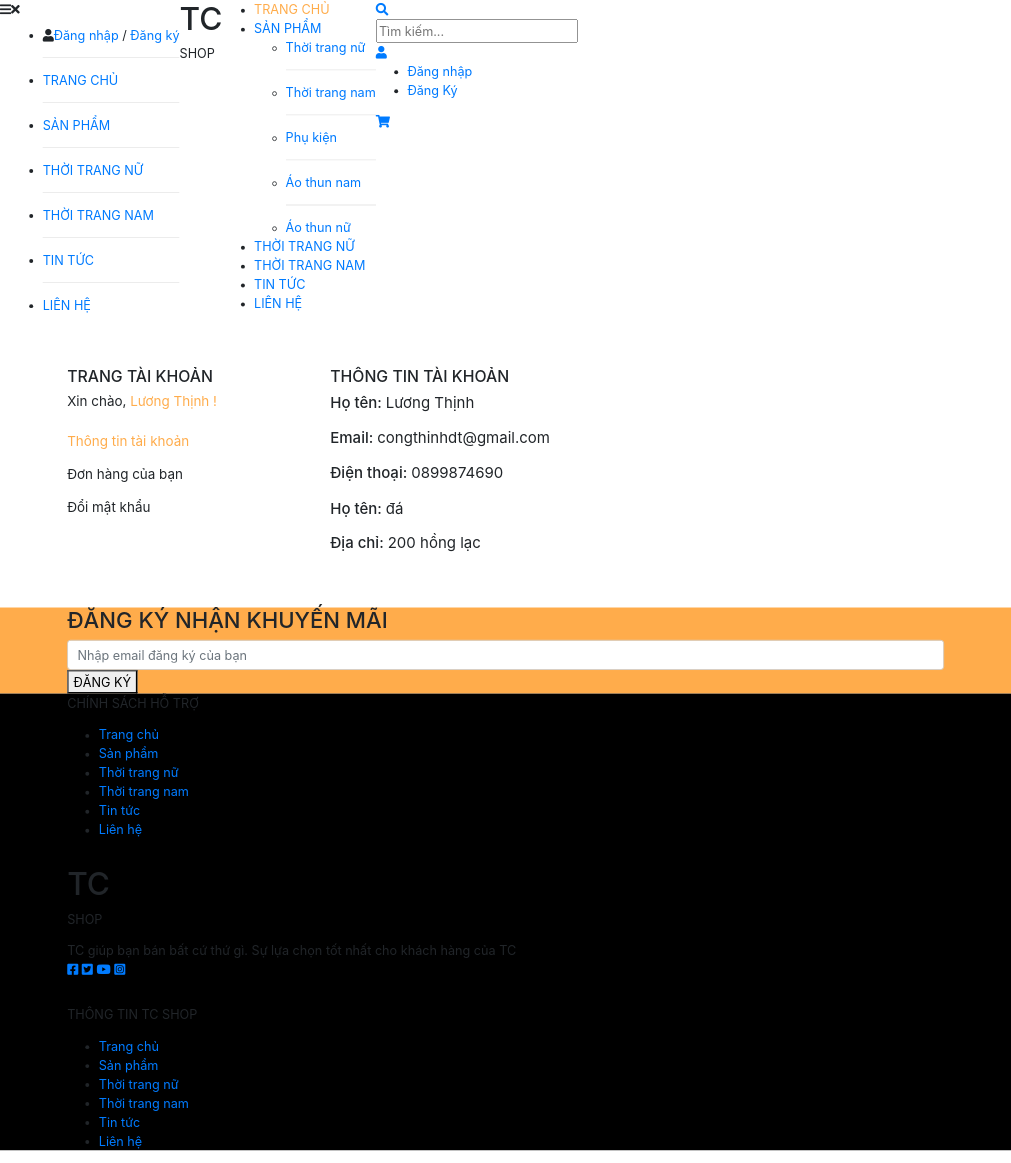
Repository: congthinh1701/TCshop
Page: ThongTinTaiKhoan.html
These files come from the project's save history. The page is drawn as it stood at one moment and after the next save; the edit follows.
The browser window is 1280 px wide. The pictures show the whole page, at 79% of full size.
The style sheet was rebuilt from its Sass, Less or Tailwind sources for each picture, by a compiler version that may differ from the author's.

Above is the page before, as saved 2021-09-08 17:49:33.

### ThongTinTaiKhoan.html
<!DOCTYPE html>
<html lang="en">
<head>
    <meta charset="UTF-8">
    <meta http-equiv="X-UA-Compatible" content="IE=edge">
    <meta name="viewport" content="width=device-width, initial-scale=1.0">
    <title>Document</title>
    <link rel="stylesheet" href="fontawesome-free-5.15.4-web/css/all.css">
    <link rel="stylesheet" href="sass/style.css">
</head>
<body>
    <div id="headerID"> <!-- your header --> </div>
    <div class="container admin">
        <div class="trang-tai-khoan">
            <h5>TRANG TÀI KHOẢN</h5>
            <div class="trang-tai-khoan-hello left ">
                <p>Xin chào, <span>Lương Thịnh !</span></p>
            </div>
            <div class="trang-tai-khoan-thong-tin left active">
                <p>Thông tin tài khoản</p>
            </div>
            <div class="trang-tai-khoan-hello left">
                <p>Đơn hàng của bạn</p>
            </div>
            <div class="trang-tai-khoan-hello left">
                <p>Đổi mật khẩu</p>
            </div>
        </div>
        <div class="thong-tin-tai-khoan">
            <h5>THÔNG TIN TÀI KHOẢN</h5>
            <div class="thong-tin-tai-khoan-name right active">
                <p><span>Họ tên: </span>Lương Thịnh</p>
                <p><span>Email: </span>congthinhdt@gmail.com</p>
                <p><span>Điện thoại: </span>0899874690</p>
                <p><span>Họ tên: </span>đá</p>
                <p><span>Địa chỉ: </span>200 hồng lạc</p>
            </div>
            <div class="thong-tin-tai-khoan-name right">
                <p><span>Họ tên: </span>Lương Thịnh</p>
                <p><span>Email: </span>congthinhdt@gmail.com</p>
                <p><span>Điện thoại: </span>0899874690</p>
                <p><span>Họ tên: </span>Lương Thịnh</p>
                <p><span>Địa chỉ: </span>200 hồng lạc</p>
            </div>
            <div class="thong-tin-tai-khoan-name right">
                <p><span>Họ tên: </span>Lương </p>
                <p><span>Email: </span>congthinhdt@gmail.com</p>
                <p><span>Điện thoại: </span>0899874690</p>
                <p><span>Họ tên: </span>Lương Thịnh</p>
                <p><span>Địa chỉ: </span>200 hồng lạc</p>
            </div>

        </div>
    </div>
    <div id="footerID"> <!-- your header --> </div>
    <script src="https://cdnjs.cloudflare.com/ajax/libs/jquery/3.6.0/jquery.min.js" integrity="sha512-894YE6QWD5I59HgZOGReFYm4dnWc1Qt5NtvYSaNcOP+u1T9qYdvdihz0PPSiiqn/+/3e7Jo4EaG7TubfWGUrMQ==" crossorigin="anonymous" referrerpolicy="no-referrer"></script>
    <script src="assets/js/thongtintaikhoan.js"></script>
    <script>
        $("#headerID").load("header.html");
        $("#footerID").load("footer.html");
    </script>

</body>
</html>

### assets/js/thongtintaikhoan.js
function tabs(){
    const all=document.querySelectorAll.bind(document)
    const panes=all('.right')
    const allTtem=document.querySelectorAll('.left')
allTtem.forEach(function(tab,index){
    const pane=panes[index]
    tab.onclick=function(){
        tab.parentElement.querySelector('.left.active').classList.remove('active')
        pane.parentElement.querySelector('.right.active').classList.remove('active')
        tab.classList.add('active')
        pane.classList.add('active')
    }
})
}
tabs()

### header.html
<!DOCTYPE html>
<html lang="en">
<head>
    <meta charset="UTF-8">
    <meta http-equiv="X-UA-Compatible" content="IE=edge">
    <meta name="viewport" content="width=device-width, initial-scale=1.0">
    <title>Document</title>
    <link rel="stylesheet" href="assets/css/style.css">
    <link rel="stylesheet" href="assets/css/base.css">
    <link rel="stylesheet" href="fontawesome-free-5.15.4-web/css/all.css">
    <link rel="stylesheet" href="https://maxcdn.bootstrapcdn.com/bootstrap/4.1.3/css/bootstrap.min.css">
    <script src="https://maxcdn.bootstrapcdn.com/bootstrap/4.1.3/js/bootstrap.min.js"></script>
</head>
<body>
    <div class="container-lg">
        <div class="nav">
            <label for="nav-mobile-input" class="nav_bars-btn">
                <i class="fas fa-bars"></i>
            </label>

            <input hidden type="checkbox" name="" class="nav_input" id="nav-mobile-input">
            <label for="nav-mobile-input" class="nav_overlay"></label>
            <nav class="nav-mobile">
                <label for="nav-mobile-input" class="nav__mobile-close">
                    <i class="fas fa-times"></i>
                </label>
                <ul class="nav__mobile-list">

                    <li class="nav__mobile-list-user">

                        <p><i class="fas fa-user"></i><a href="#">Đăng nhập</a> <span>/</span> <a href="#">Đăng ký</a>
                        </p>
                    </li>
                    <hr>
                    <li>
                        <a href="" class="nav__mobile-link">TRANG CHỦ</a>
                    </li>
                    <hr>
                    <li>
                        <a href="" class="nav__mobile-link">SẢN PHẨM</a>
                    </li>
                    <hr>
                    <li>
                        <a href="" class="nav__mobile-link">THỜI TRANG NỮ</a>
                    </li>
                    <hr>
                    <li>
                        <a href="" class="nav__mobile-link">THỜI TRANG NAM</a>
                    </li>
                    <hr>
                    <li>
                        <a href="" class="nav__mobile-link">TIN TỨC</a>
                    </li>
                    <hr>
                    <li>
                        <a href="" class="nav__mobile-link">LIÊN HỆ</a>
                    </li>
                </ul>
            </nav>
            <div class="nav-logo">
                <h1>TC</h1>
                <p>SHOP</p>
            </div>
            <nav class="nav-pc">
                <ul class="nav__list">
                    <li>
                        <a style="color:#ffac4b" href="home.html" class="nav__link">TRANG CHỦ</a>
                    </li>
                    <li class="options">
                        <a href="" class="nav__link">SẢN PHẨM</a>
                        <div class="nav__link-options">
                            <ul class="nav__link-options-list">
                                <li><a href="#">Thời trang nữ</a></li>
                                <hr>
                                <li><a href="#">Thời trang nam</a></li>
                                <hr>
                                <li><a href="#">Phụ kiện</a></li>
                                <hr>
                                <li><a href="#">Áo thun nam</a></li>
                                <hr>
                                <li><a href="#">Áo thun nữ</a></li>
                            </ul>
                        </div>
                    </li>
                    <li>
                        <a href="" class="nav__link">THỜI TRANG NỮ</a>
                    </li>
                    <li>
                        <a href="" class="nav__link">THỜI TRANG NAM</a>
                    </li>
                    <li>
                        <a href="" class="nav__link">TIN TỨC</a>
                    </li>
                    <li>
                        <a href="" class="nav__link">LIÊN HỆ</a>
                    </li>
                </ul>
            </nav>
            <div class="nav-right">
                <div class="search">
                    <a href="#"><i class="fas fa-search"></i></a>
                    <div class="search-hover">
                        <form>
                            <input class="search" type="text" name="search" placeholder="Tìm kiếm..." />
                        </form>
                    </div>
                </div>
                <div class="user">
                    <a href="#"> <i class="fas fa-user"></i></a>
                    <div class="user-hover">
                        <ul class="user-hover-list">
                            <li class="nav_link"><a href="#">Đăng nhập</a></li>
                            <li><a href="#">Đăng Ký</a></li>
                        </ul>
                    </div>
                </div>
                <div class="shopping">
                    <a href="card.html"><i class="fas fa-shopping-cart"></i></a>

                </div>
            </div>


        </div>
    </div>
</body>
</html>

### footer.html
<!DOCTYPE html>
<html lang="en">
<head>
    <meta charset="UTF-8">
    <meta http-equiv="X-UA-Compatible" content="IE=edge">
    <meta name="viewport" content="width=device-width, initial-scale=1.0">
    <title>Document</title>
    <link rel="stylesheet" href="assets/css/style.css">
    <link rel="stylesheet" href="assets/css/base.css">
    <link rel="stylesheet" href="fontawesome-free-5.15.4-web/css/all.css">
    <link rel="stylesheet" href="https://maxcdn.bootstrapcdn.com/bootstrap/4.1.3/css/bootstrap.min.css">
    <script src="https://maxcdn.bootstrapcdn.com/bootstrap/4.1.3/js/bootstrap.min.js"></script>
</head>
<body>
    <div class="container-lg" style="background-color: #ffac4b; margin-top: 50px;">
        <div class="container dangky">
            <div class="dangky-left">
                <h3>ĐĂNG KÝ NHẬN KHUYẾN MÃI</h3>
            </div>
            <div class="dangky-right">
                <form>
                    <input class="form-control" type="text" placeholder="Nhập email đăng ký của bạn">
                    <button type="button">ĐĂNG KÝ</button>
                </form>
            </div>
        </div>
    </div>

    <div class="container-lg" style="background-color: black">
        <div class="container footer">
            <div class="chinhsach-hotro">
                <p class="header">CHÍNH SÁCH HỖ TRỢ</p>
                <ul class="nav-list">
                    <li class="nav_link"><a href="#">Trang chủ</a></li>
                    <li class="nav_link"><a href="#">Sản phẩm</a></li>
                    <li class="nav_link"><a href="#">Thời trang nữ</a></li>
                    <li class="nav_link"><a href="#">Thời trang nam</a></li>
                    <li class="nav_link"><a href="#">Tin tức</a></li>
                    <li class="nav_link"><a href="#">Liên hệ</a></li>
                </ul>
            </div>
            <hr>
            <div class="ketnoi-shop">
                <h1>TC</h1>
                <p>SHOP</p>
                <span>TC giúp bạn bán bất cứ thứ gì. Sự lựa chọn tốt nhất cho khách hàng của TC</span>
                <div class="mangxahoi">
                    <a href="#"><i class="fab fa-facebook-square"></i></a>
                    <a href="#"><i class="fab fa-twitter-square"></i></a>
                    <a href="#"><i class="fab fa-youtube"></i></a>
                    <a href="#"><i class="fab fa-instagram-square"></i></a>
                </div>
            </div>
            <hr>
            <div class="thongtin-shop">
                <p class="header">THÔNG TIN TC SHOP</p>
                <ul class="nav-list">
                    <li class="nav_link"><a href="#">Trang chủ</a></li>
                    <li class="nav_link"><a href="#">Sản phẩm</a></li>
                    <li class="nav_link"><a href="#">Thời trang nữ</a></li>
                    <li class="nav_link"><a href="#">Thời trang nam</a></li>
                    <li class="nav_link"><a href="#">Tin tức</a></li>
                    <li class="nav_link"><a href="#">Liên hệ</a></li>
                </ul>
            </div>
        </div>
    </div>
</body>
</html>

### assets/css/base.css
:root{
    --primary-color:#EE4D2D;
    --primary-color-rgba:rgb(238,75,43);
    --white-color:#fff;
    --black-color:#000;
    --text-color:#333333;
    --font-weight:700;
    --font-size-product:19px;
    --font-weight-product:400;
    --font-size-price:18px;
    --header-height:120px;
    --navbar-height:34px;
    --header-with-search-height:calc(var(var(--header-height)-var(var(--navbar-height))))

}

### sass/style.scss

$text-fontSize:17px;
$text-fontSizeTK:19px;
$fontWeight:500;

.admin{
    display:flex;
    --columns:2;
    margin-top: 50px;
    @media (max-width: 923px) {
        --columns:1;
        display:unset;
        margin-top: 40px;
        .trang-tai-khoan{
            width: calc(100% / var(--columns));
            margin: 50px;
        }
        .thong-tin-tai-khoan{
            width: calc(100% / var(--columns));
            margin: 50px;
        }
    }
    @media (max-width: 623px) {
        .trang-tai-khoan{
            width: calc(100% / var(--columns));
            margin: 10px 0 0 10px;
            h5{
                font-size: 90%;
            }
            p{
                font-size: 15px;
            }
            &-thong-tin{
                margin-top:15px
            }
        }
        .thong-tin-tai-khoan{
            width: calc(100% / var(--columns));
            margin:20px 0 -20px 10px;
            h5{
                font-size: 90%;
            }
            p{
                font-size: 16px;
            }
        }

    }
}
.trang-tai-khoan{
    width: calc(100% / var(--columns) - 20%);
    p{
        font-size: $text-fontSize;
        &:hover{
            color: #ffac4b;
        }
        span{
            color: #ffac4b;
        }
    }
    &-thong-tin{
        margin-top:25px
    }
    .active {
        color: #ffac4b;
    }
}
.thong-tin-tai-khoan{
    width: calc(100% / var(--columns) + 20%);
    p{
        font-size: $text-fontSizeTK;
        span{
            font-weight: $fontWeight;
        }
    }
    .right{
        display: none;
    }
    .right.active{
        display: block;
    }
}

Loaded but not shown: fontawesome-free-5.15.4-web/css/all.css (library)

After the next save:
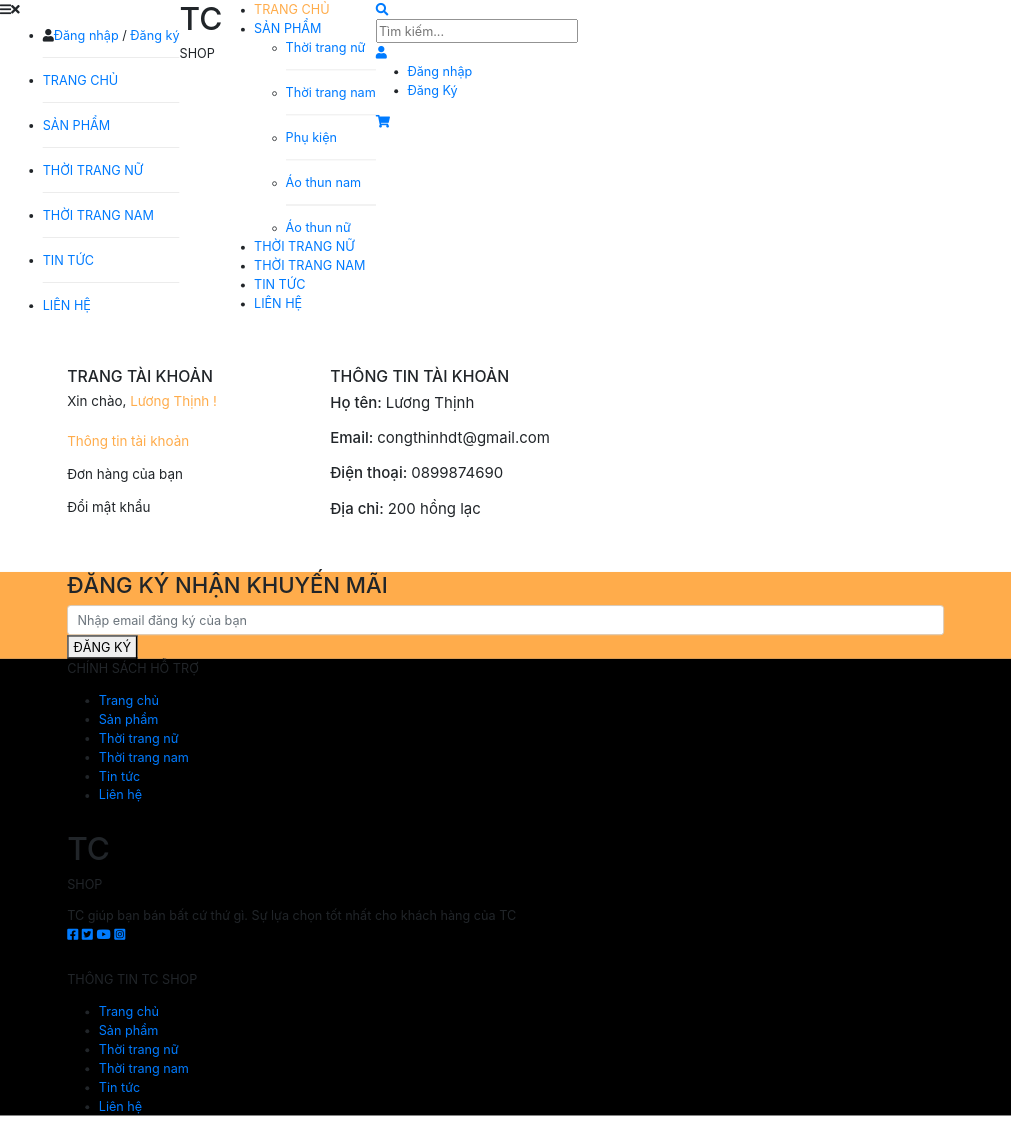
Saved 41 s later.
--- a/ThongTinTaiKhoan.html
+++ b/ThongTinTaiKhoan.html
@@ -32,7 +32,6 @@
                 <p><span>Họ tên: </span>Lương Thịnh</p>
                 <p><span>Email: </span>congthinhdt@gmail.com</p>
                 <p><span>Điện thoại: </span>0899874690</p>
-                <p><span>Họ tên: </span>đá</p>
                 <p><span>Địa chỉ: </span>200 hồng lạc</p>
             </div>
             <div class="thong-tin-tai-khoan-name right">
